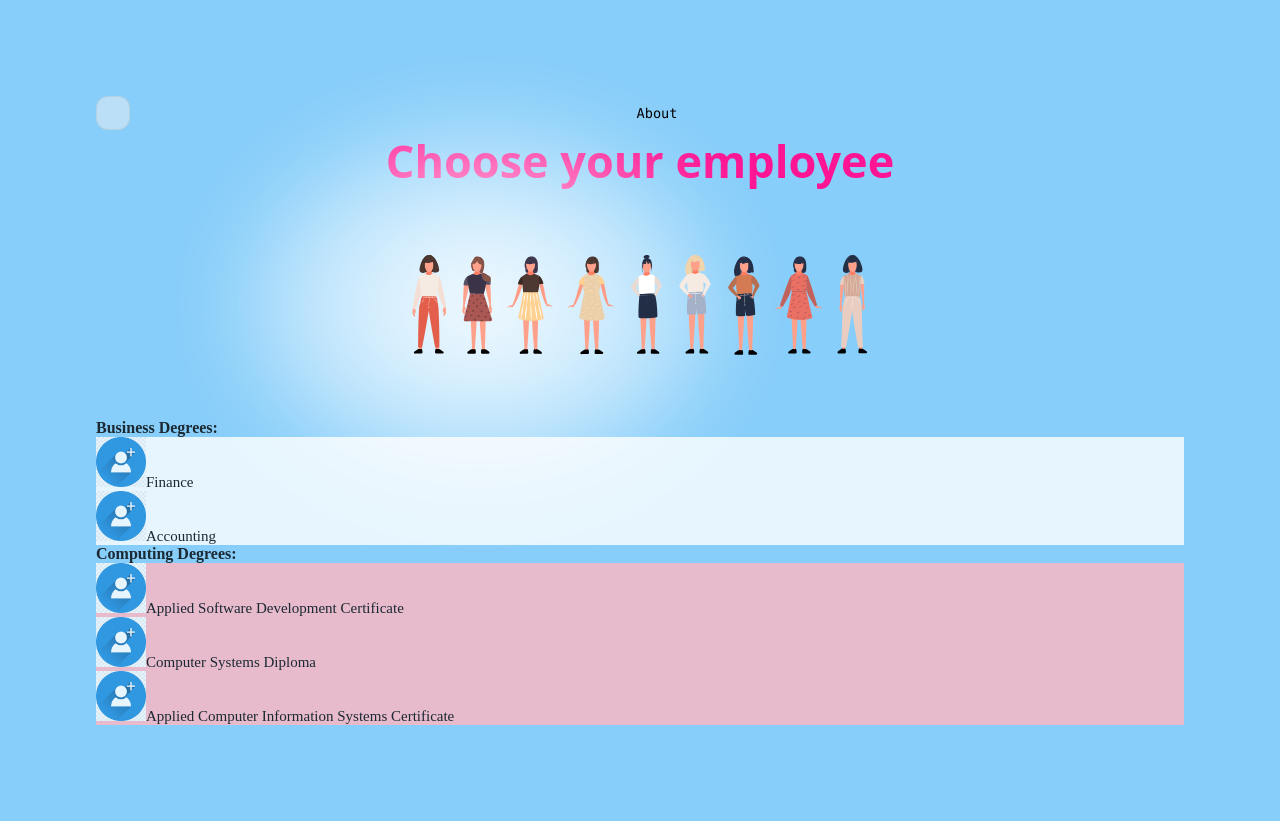
Repository: bguemos/week3example
Page: /
These files come from the project's save history. The page is drawn as it stood at one moment and after the next save; the edit follows.
The browser window is 1280 px wide. The pictures show the whole page.
The project was rebuilt for these pictures with package versions that can differ from the ones it lists, and the page was loaded fresh each time. The framework's server and built-in components were replaced by stand-ins that run in the browser. Also part of the build but not shown: next.config.js.

Above is the page before, as saved 2023-01-23 13:24:23.

After the next save:
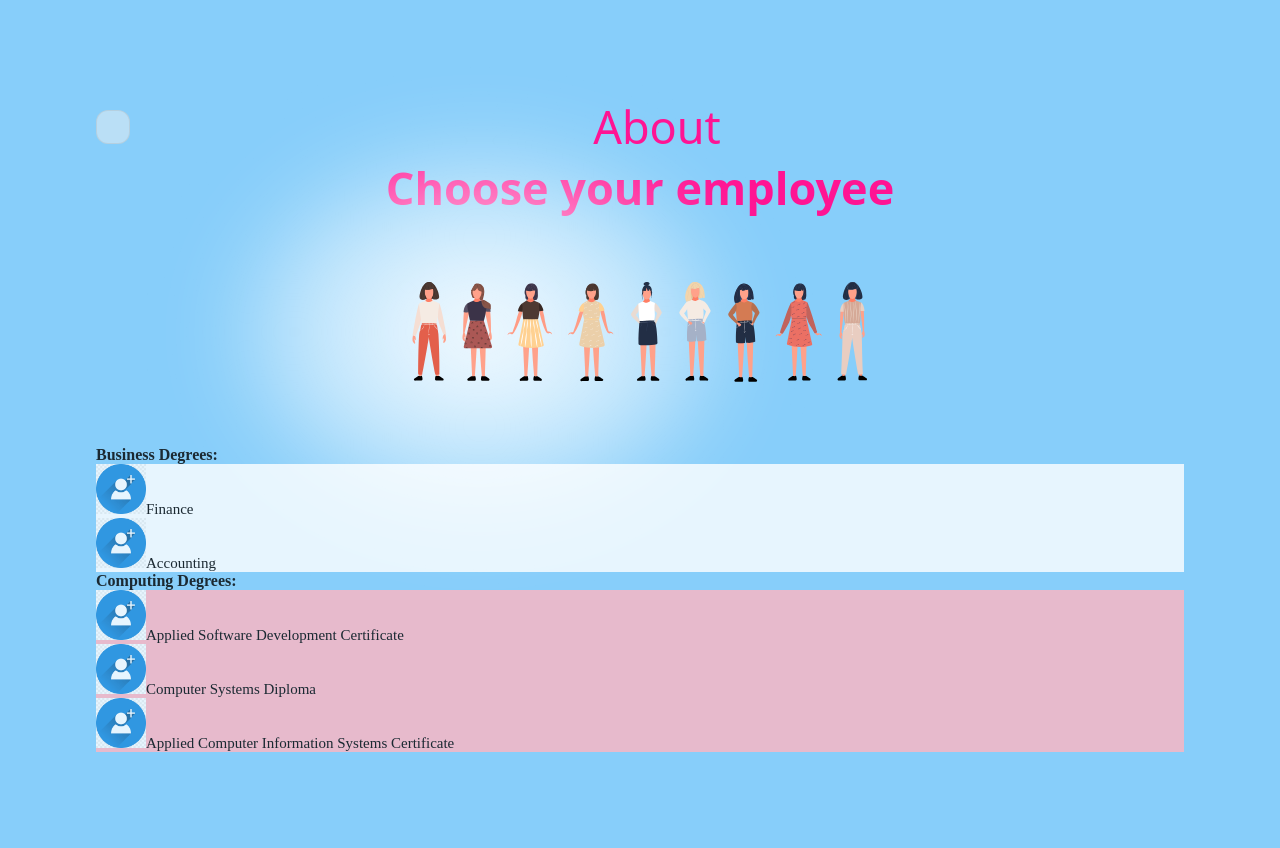
Saved 27 s later.
--- a/pages/index.js
+++ b/pages/index.js
@@ -26,7 +26,7 @@
 
             <code className={styles.code}></code>
           </p>
-          <Link href="About">About</Link>
+          <Link className={styles.header} href="About">About</Link>
           <div>
             <a
 

After the save that followed:
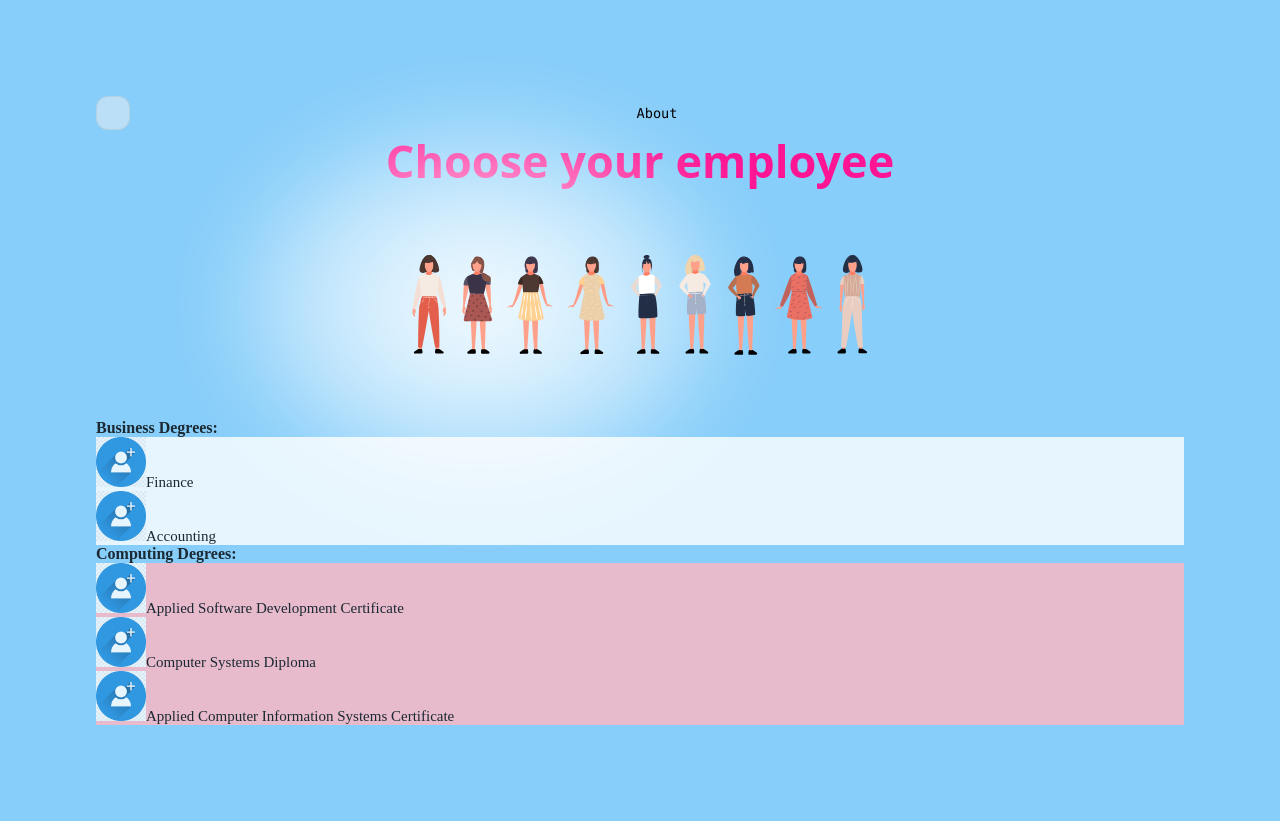
Saved 10 s later.
--- a/pages/index.js
+++ b/pages/index.js
@@ -26,7 +26,7 @@
 
             <code className={styles.code}></code>
           </p>
-          <Link className={styles.header} href="About">About</Link>
+          <Link className={styles.header1} href="About">About</Link>
           <div>
             <a
 
